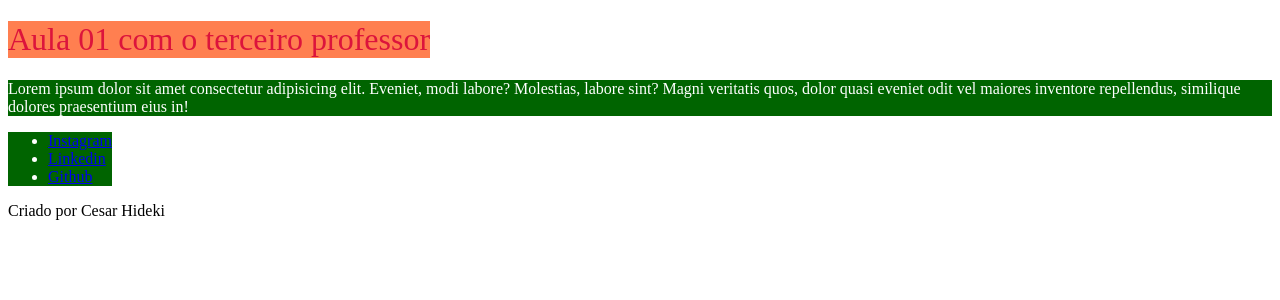
Repository: geracao-11/aula-01-pt2
Page: index.html
An editor plug-in stored every save of this project. The page is shown before and after a run of saves, followed by the edit.
The browser window is 1280 px wide. The pictures show the whole page.

Above is the page before, as saved 2025-04-09 10:31:18.

### index.html
<!DOCTYPE html>
<html lang="en">
  <head>
    <meta charset="UTF-8" />
    <meta name="viewport" content="width=device-width, initial-scale=1.0" />
    <title>AULA 01</title>
    <link rel="stylesheet" href="style.css">
</head>
  <body>
    <header></header>
    <main>
      <h1>Aula 01 com o terceiro professor</h1>
      <div>
        <p>Lorem ipsum dolor sit amet consectetur adipisicing elit. Eveniet, modi labore? Molestias, labore sint? Magni veritatis quos, dolor quasi eveniet odit vel maiores inventore repellendus, similique dolores praesentium eius in!</p>
      </div>
      <div>
        <ul>
            <li>
                <a href="https://www.instagram.com/">Instagram</a>
            </li>
            <li>
                <a href="https://www.linkedin.com/feed/?trk=guest_homepage-basic_google-one-tap-submit">Linkedin</a>
            </li>
            <li>
                <a href="https://github.com/">Github</a>
            </li>
        </ul>
      </div>
    </main>
    <footer>Criado por Cesar Hideki</footer>
  </body>
</html>

### style.css
h1 {
    font-size: xx-large;
    font-weight: lighter;
    color: crimson;
    background-color: coral;
    max-width: fit-content;
}

div {
    max-width: fit-content;
    background-color: darkgreen;
    color: white;
}

ul {

}

After the next 2 saves:
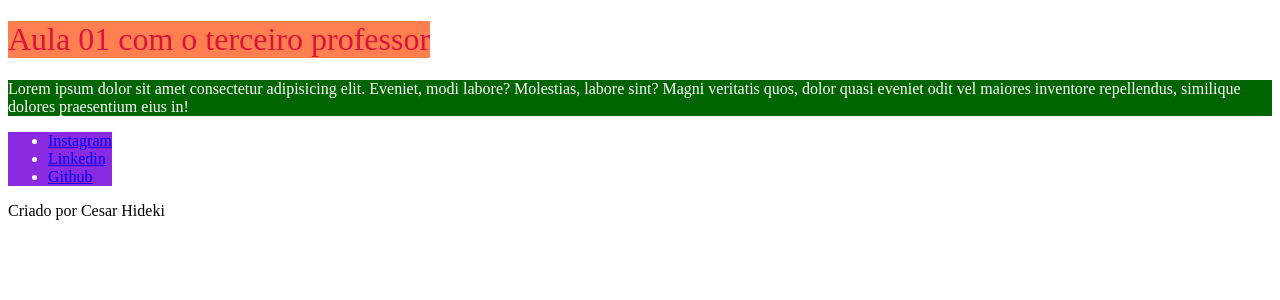
The 2 saves are shown as one change because they came seconds apart.
The last was saved 7 s later.
--- a/style.css
+++ b/style.css
@@ -13,5 +13,5 @@ div {
 }
 
 ul {
-
+    background-color: blueviolet;
 }
